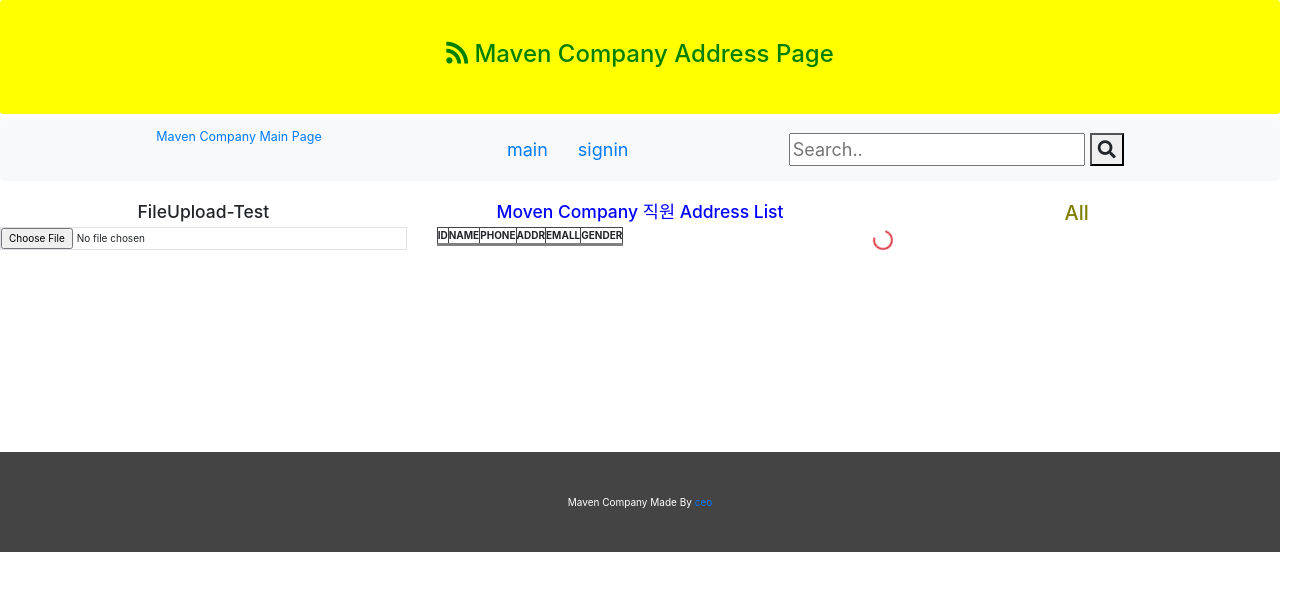
Repository: as2019a/spring
Page: http://localhost/ch19_project_mavenwebsite/WEB-INF/views/address.jsp
An editor plug-in stored every save of this project. The page is shown before and after the next save, followed by the edit.
The browser window is 1280 px wide. The page is 1295 px wide, so the pictures cover 1295 px, including what lies to the right of the window. The pictures show the whole page.
Some web libraries are served in a nearby version. The page is served by Tomcat 9. Nobody is signed in. Other server files are loaded and not shown. The template is opened directly, without the code that normally fills it, so the values that code supplies are empty.

Above is the page before, as saved 2019-02-01 06:16:12.

### ch19_project_mavenwebsite/src/main/webapp/WEB-INF/views/address.jsp
<%@ page language="java" contentType="text/html; charset=UTF-8"
    pageEncoding="UTF-8"%>
<%@ taglib prefix="c" uri="http://java.sun.com/jsp/jstl/core" %>
<%@ taglib prefix="sec" uri="http://www.springframework.org/security/tags" %>
<!DOCTYPE html>
<html>
<head>
<meta charset="UTF-8">
<meta name="viewport"
 	  content="width=device-width, initial-scale=1">
<title>Maven Company Address Page</title>
<link href="https://maxcdn.bootstrapcdn.com/bootstrap/3.3.2/css/bootstrap.min.css" rel="stylesheet">
<link rel="stylesheet" href="https://maxcdn.bootstrapcdn.com/bootstrap/4.2.1/css/bootstrap.min.css">
<link rel="stylesheet" href="https://use.fontawesome.com/releases/v5.5.0/css/all.css">
<style>
	.jumbotron{
		margin-bottom: 5px;
	}

	.jumbotron:hover{
		background-color:yellow;
	}

	#center:hover{
		color:orange;
	}

	#center{
		font-size:x-large;
		color:green;
	}

	#mca{
		text-align:center;
		color:blue;
		border-bottom:1px;
	}

	table{
		border-bottom-style:solid;
	}

	th, td {
		text-align:center;
    	border: 1px solid #444444;
  	}

	.navbar{
		font-size:large;
	}

	.footer{
		height: 100px;
		line-height: 100px;
		background-color: #444;
		color: white;
		text-align: center;
		margin-top: 200px;
	}
</style>
</head>
<body>
	<div class="jumbotron">
		<h1 class="text-center" id="center"><i class='fas fa-rss' style='font-size:25px'></i> Maven Company Address Page</h1>
	</div>
	<div class="navbar navbar-expand-sm bg-light">
		<div class="container-fluid">
			<div class="navbar-header">
					<button type="button"
							class="navbar-toggle"
							data-toggle="collapse"
							data-target="#navbar">
							<span class="icon-bar"></span>
							<span class="icon-bar"></span>
							<span class="icon-bar"></span>
					</button>
					<a class="navbar-brand" href="#">Maven Company Main Page</a>
	    		</div>
	    	<div>
	      	<div class="collapse navbar-collapse" id="myNavbar">
				<ul class="nav navbar-nav">
					<li><a href="/main">main</a></li>
					<sec:authorize access="!isAuthenticated()">
					<li><a href="/user/signin">signin</a></li>
					</sec:authorize>
					<sec:authorize access="isAuthenticated()">
					<li><a href="/user/signup">signup</a></li>
					</sec:authorize>
					<sec:authorize access="isAuthenticated()">
					<li><a href="/board/list">board</a></li>
					</sec:authorize>
					<sec:authorize access="isAuthenticated()">
					<li><a href="/mypage">mypage</a></li>
					</sec:authorize>
					<sec:authorize access="isAuthenticated()">
					<li><a href="/address">address</a></li>
					</sec:authorize>
					<sec:authorize access="isAuthenticated()">
					<li><a href="/cafe">cafe</a></li>
					</sec:authorize>
					<sec:authorize access="isAuthenticated()">
					<li><a href="/calendar">calendar</a></li>
					</sec:authorize>
					<sec:authorize access="isAuthenticated()">
					<li><a href="/worlduniversity">worlduniversity</a></li>
					</sec:authorize>
					<sec:authorize access="isAuthenticated()">
					<li><a href="/etc">etc</a></li>
					</sec:authorize>
					<sec:authorize access="hasRole('ROLE_MANAGER')">
					<li><a href="/manager">manager</a></li>
					</sec:authorize>
					<sec:authorize access="hasRole('ROLE_ADMIN')">
					<li><a href="/admin">admin</a></li>
					</sec:authorize>
					<sec:authorize access="isAuthenticated()">
					<li><a href="javascript:signout()">signout</a></li>
					</sec:authorize>
				</ul>
			</div>
		</div>
			<div class="search-container">
		    <form action="/action_page.php">
		      <input type="text" placeholder="Search.." name="search">
		      <button type="submit"><i class="fa fa-search"></i></button>
		    </form>
		  </div>
		</div>
	</div>
	<div class="row">
	  <div class="col">
	  	<h3 style="text-align:center;">FileUpload-Test</h3>
		<input type="file" class="form-control-file border">
	  </div>
	  <div class="col">
	  	<h3 id="mca">Moven Company 직원 Address List</h3>
	  	<table>
	  		<tr>
	  			<th>ID</th>
	  			<th>NAME</th>
	  			<th>PHONE</th>
	  			<th>ADDR</th>
	  			<th>EMALL</th>
	  			<th>GENDER</th>
	  		</tr>
	  		<tbody>
	  		<c:forEach var="address" items="${AddressList }" varStatus="status">
		  		<tr style="cursor:pointer;"
					onclick="location.href='/address?id=${address.user_id}'">
		  			<td>${address.user_id }</td>
		  			<td>${address.signup_name }</td>
		  			<td>${address.signup_phone }</td>
		  			<td>${address.signup_addr }</td>
		  			<td>${address.signup_email }</td>
		  			<td>${address.gender }</td>
		  		</tr>
	  		</c:forEach>
	  		</tbody>
	  	</table>
	  </div>
	  <div class="col">
	  	<h2 style="text-align:center;color:olive;">All</h2>
	  	<div class="spinner-border text-danger"></div>
	  </div>
	</div>
	<div class="footer">
		Maven Company Made By <a href="/footerceo">ceo</a>
	</div>
	<script src="https://code.jquery.com/jquery-3.3.1.min.js"></script>
	<script src="https://maxcdn.bootstrapcdn.com/bootstrap/3.3.2/js/bootstrap.min.js"></script>
	<script src="https://cdnjs.cloudflare.com/ajax/libs/popper.js/1.14.6/umd/popper.min.js"></script>
	<script src="https://maxcdn.bootstrapcdn.com/bootstrap/4.2.1/js/bootstrap.min.js"></script>
	<script>
		function signout(){
			var form = document.createElement("form");
			form.method="post";
			form.action="/user/signout";
			var input = document.createElement("input");
			input.type="hidden";
			input.name="${_csrf.parameterName}";
			input.value="${_csrf.token}";
			form.appendChild(input);
			document.body.appendChild(form);
			form.submit();
		}


	</script>
</body>
</html>

After the next save:
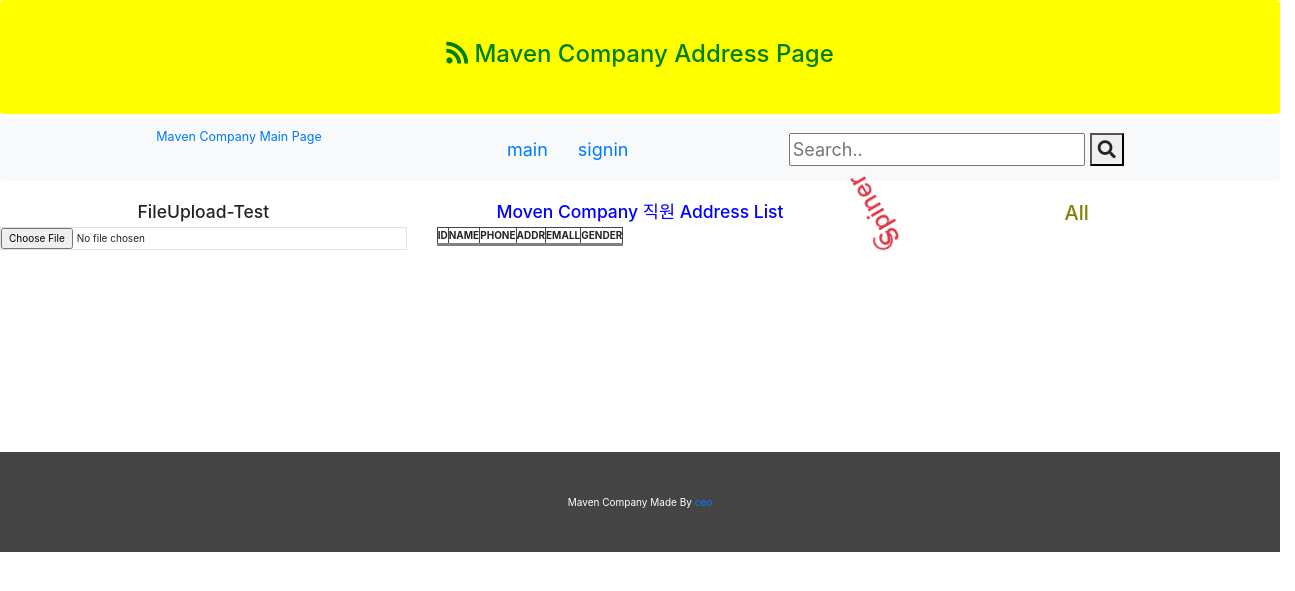
Saved 17 s later.
--- a/ch19_project_mavenwebsite/src/main/webapp/WEB-INF/views/address.jsp
+++ b/ch19_project_mavenwebsite/src/main/webapp/WEB-INF/views/address.jsp
@@ -160,7 +160,9 @@
 	  </div>
 	  <div class="col">
 	  	<h2 style="text-align:center;color:olive;">All</h2>
-	  	<div class="spinner-border text-danger"></div>
+	  	<div class="spinner-border text-danger">
+	  		<h1>Spiner</h1>
+	  	</div>
 	  </div>
 	</div>
 	<div class="footer">
